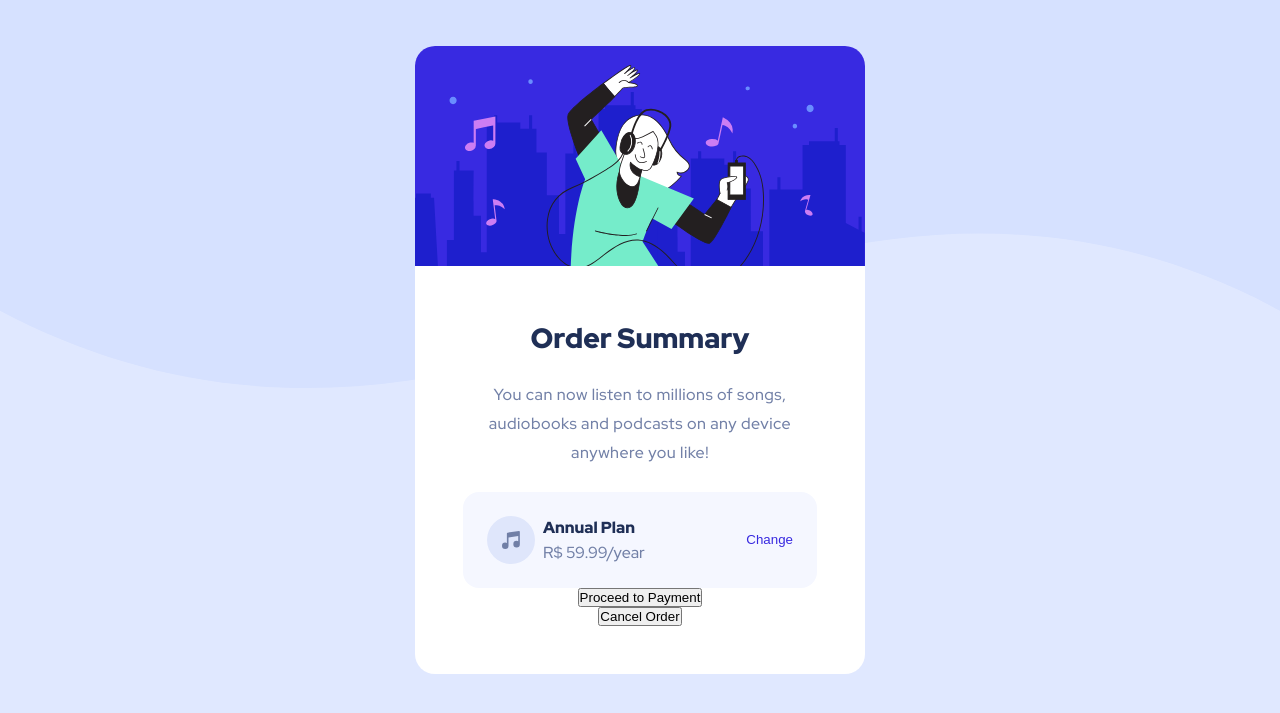
Repository: gccavalheiro/order-summary-card
Page: index.html
The author's editor kept a copy of each file at every save. The page is drawn from the files as they stood at one save, then again after the next save.
The browser window is 1280 px wide. The pictures show the whole page.

Above is the page before, as saved 2021-12-17 02:20:33.

After the next save:
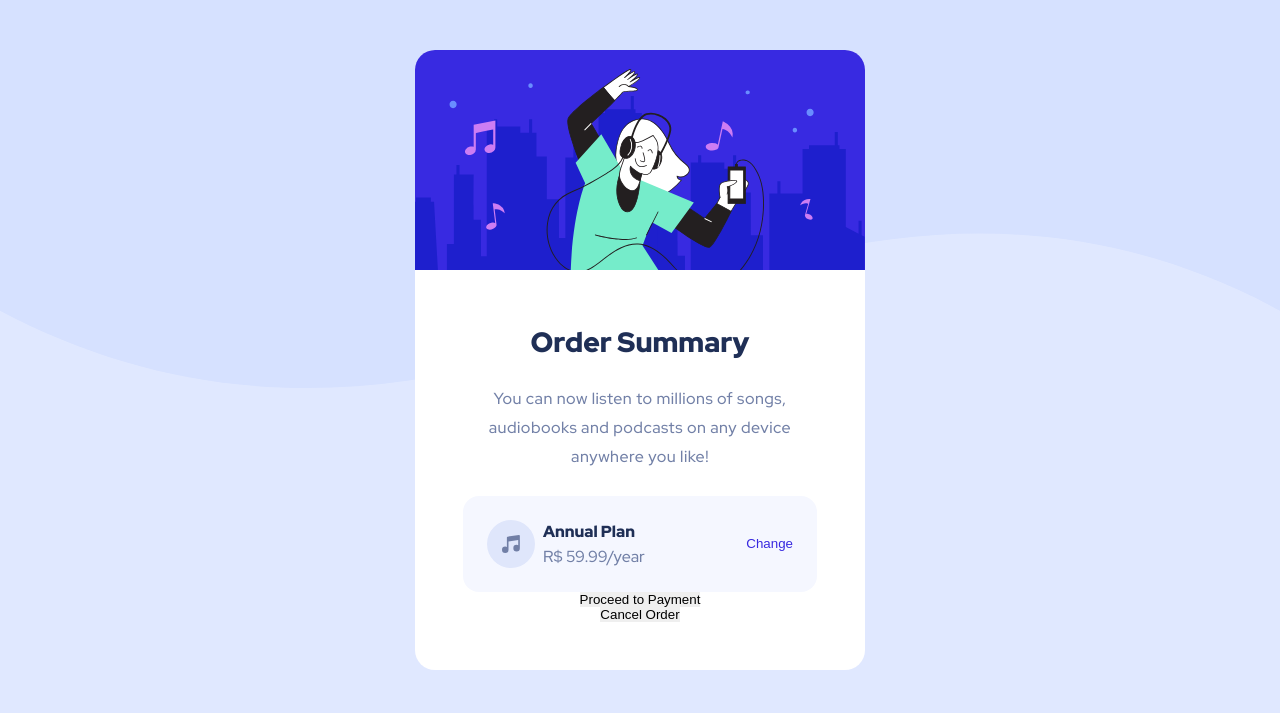
Saved 17 s later.
--- a/assets/css/main.css
+++ b/assets/css/main.css
@@ -31,6 +31,11 @@ body {
 
 img {
   width: 100%;
+}
+
+button {
+  border: 0;
+  cursor: pointer;
 }
 
 main {
